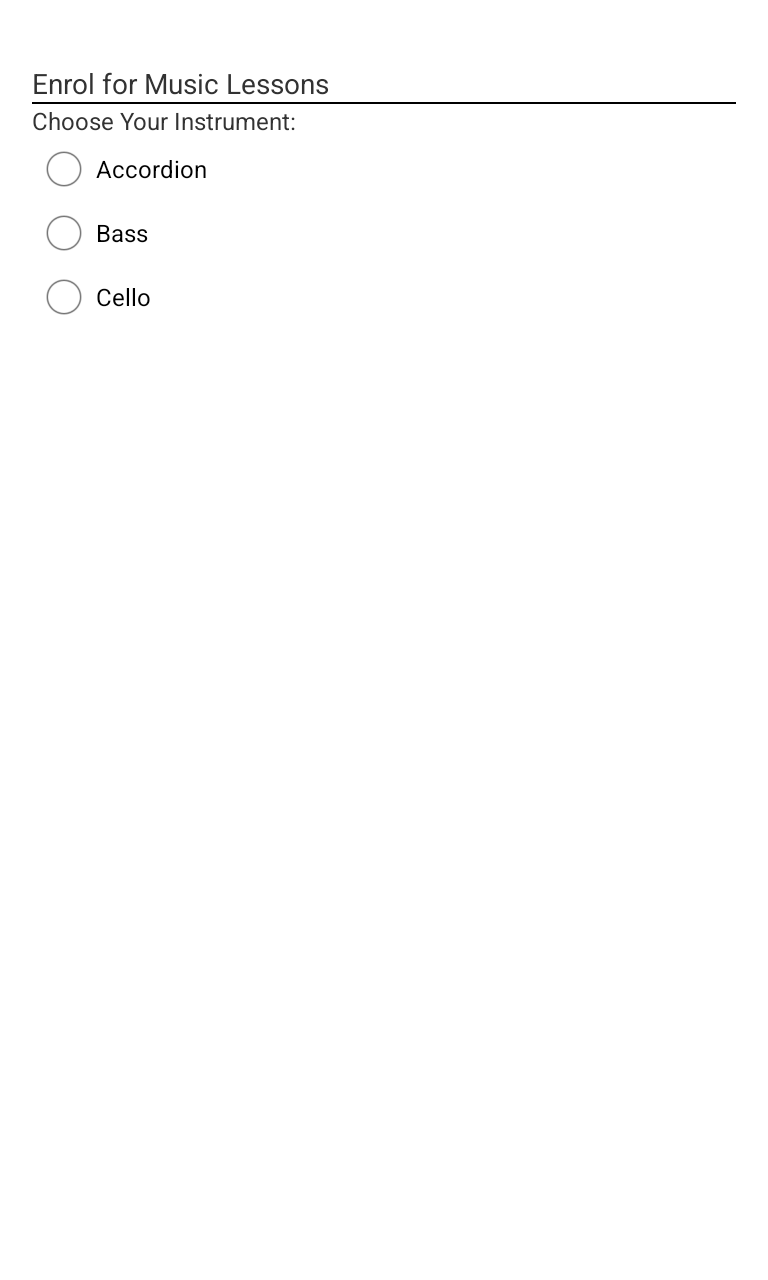
Repository: sam-stewart/in721
Layout: ComplexControls/res/layout/activity_main.xml
An editor plug-in stored every save of this project. The layout is shown before and after the next save, followed by the edit.
It is drawn on a 768 x 1280 px phone screen (xhdpi) without system bars, with theme AppTheme; the app's code is not run.

Above is the layout before, as saved 2015-03-04 08:52:37.

After the next save:
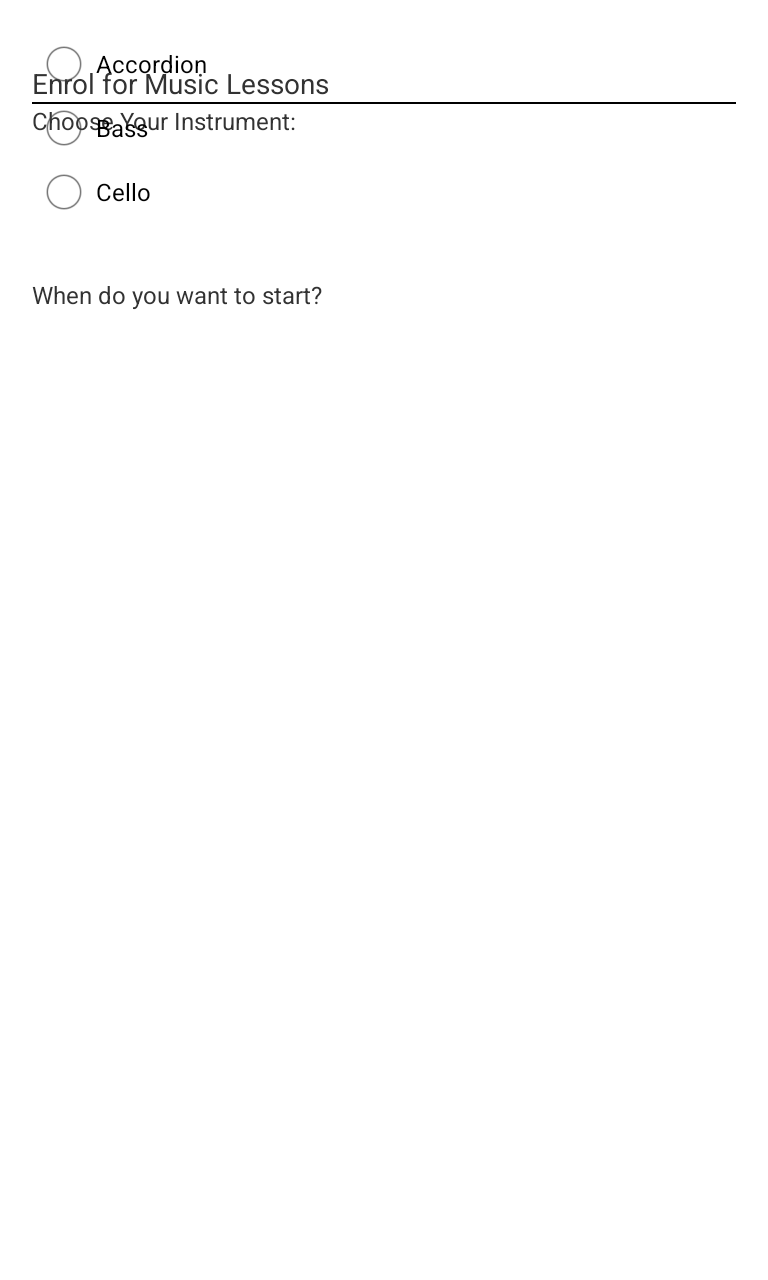
Saved 86 s later.
--- a/ComplexControls/res/layout/activity_main.xml
+++ b/ComplexControls/res/layout/activity_main.xml
@@ -31,32 +31,43 @@
         android:text="Choose Your Instrument:"
         android:textSize="12sp" />
 
-    <RadioGroup
+    <TextView
+        android:id="@+id/textView2"
         android:layout_width="wrap_content"
         android:layout_height="wrap_content"
-        android:layout_below="@+id/textView1"
-        android:id="@+id/radGrpInstrument" >
+        android:layout_alignLeft="@+id/radGrpInstrument"
+        android:layout_below="@+id/radGrpInstrument"
+        android:layout_marginTop="27dp"
+        android:text="When do you want to start?"
+        android:textSize="12sp" />
+
+    <RadioGroup
+        android:id="@+id/radGrpInstrument"
+        android:layout_width="wrap_content"
+        android:layout_height="wrap_content"
+        android:layout_alignLeft="@+id/textView1"
+        android:layout_below="@+id/radBttnAccordion" >
 
         <RadioButton
+            android:id="@+id/radBttnAccordion"
             android:layout_width="wrap_content"
             android:layout_height="wrap_content"
-            android:id="@+id/radBttnAccordion"
-            android:textSize="12sp"
-            android:text="Accordion" />
+            android:text="Accordion"
+            android:textSize="12sp" />
 
         <RadioButton
+            android:id="@+id/radBttnBass"
             android:layout_width="wrap_content"
             android:layout_height="wrap_content"
-            android:id="@+id/radBttnBass"
-	        android:textSize="12sp"
-            android:text="Bass" />
+            android:text="Bass"
+            android:textSize="12sp" />
 
         <RadioButton
+            android:id="@+id/radBttnCello"
             android:layout_width="wrap_content"
             android:layout_height="wrap_content"
-            android:id="@+id/radBttnCello"
-	        android:textSize="12sp"
-            android:text="Cello" />
+            android:text="Cello"
+            android:textSize="12sp" />
     </RadioGroup>
 
 </RelativeLayout>
